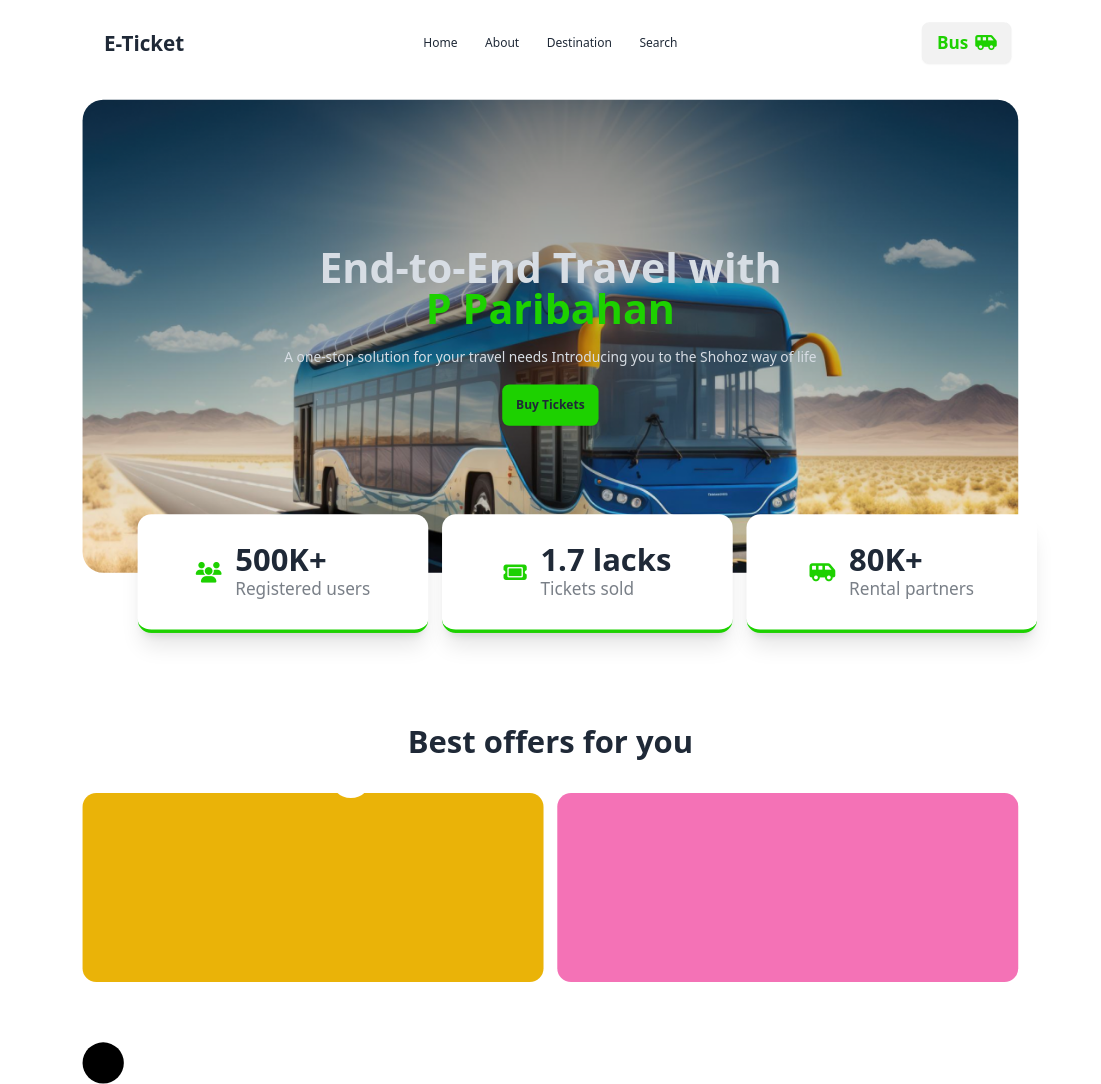
Repository: RudrasahaDibos/Smart-ticketing
Page: index.html
The author's editor kept a copy of each file at every save. The page is drawn from the files as they stood at one save, then again after the next save.
The browser window is 1280 px wide. The pictures show the whole page, at 86% of full size.
Some web fonts or font styles are not loaded; a fallback is used. Some web libraries are served in a nearby version.

Above is the page before, as saved 2024-11-10 01:16:35.

### index.html
<!DOCTYPE html>
<html lang="en">
<head>
    <meta charset="UTF-8">
    <meta name="viewport" content="width=device-width, initial-scale=1.0">
    <title>Smart-ticketing</title>
    <!-- tailwind link -->
<link href="https://cdn.jsdelivr.net/npm/daisyui@4.12.14/dist/full.min.css" rel="stylesheet" type="text/css" />
<script src="https://cdn.tailwindcss.com"></script>
<!-- font awesome link -->
<link rel="stylesheet" href="https://cdnjs.cloudflare.com/ajax/libs/font-awesome/6.6.0/css/all.min.css" integrity="sha512-Kc323vGBEqzTmouAECnVceyQqyqdsSiqLQISBL29aUW4U/M7pSPA/gEUZQqv1cwx4OnYxTxve5UMg5GT6L4JJg==" crossorigin="anonymous" referrerpolicy="no-referrer" />

<!-- google fonts  -->
<link rel="preconnect" href="https://fonts.googleapis.com">
<link rel="preconnect" href="https://fonts.gstatic.com" crossorigin>
<link href="https://fonts.googleapis.com/css2?family=Anton+SC&family=Manrope:wght@200..800&family=Raleway:ital,wght@0,100..900;1,100..900&display=swap" rel="stylesheet">

<style>
.raleway{
  font-family: "Raleway", sans-serif;
}
</style>



</head>
<body>
    <!-- header ends here -->
    <header  class="container mx-auto lg:pl-24 lg:pr-24 lg:pt-4 w-[1400px]">
               <div>
                <!-- navbar starts here -->
                <div class="navbar bg-base-100">
                    <div class="navbar-start">
                      <div class="dropdown">
                        <div tabindex="0" role="button" class="btn btn-ghost lg:hidden">
                          <svg
                            xmlns="http://www.w3.org/2000/svg"
                            class="h-5 w-5"
                            fill="none"
                            viewBox="0 0 24 24"
                            stroke="currentColor">
                            <path
                              stroke-linecap="round"
                              stroke-linejoin="round"
                              stroke-width="2"
                              d="M4 6h16M4 12h8m-8 6h16" />
                          </svg>
                        </div>
                        <ul
                          tabindex="0"
                          class="menu menu-sm dropdown-content bg-base-100 rounded-box z-[1] mt-3 w-52 p-2 shadow">
                          <li><a>Home</a></li>
                          <li><a>About</a></li>
                          <li><a>Destination</a></li>
                          <li><a>Search</a></li>
                        </ul>
                      </div>
                      <a class="btn btn-ghost text-2xl font-extrabold">E-Ticket</a>
                    </div>
                    <div class="navbar-center hidden lg:flex">
                      <ul class="menu menu-horizontal px-1">
                        <li><a>Home</a></li>
                        <li><a>About</a></li>
                        <li><a>Destination</a></li>
                        <li><a>Search</a></li>
                      </ul>
                    </div>
                    <div class="navbar-end">
                      <a class="btn text-[#1DD100]  border-1  text-xl">Bus <i class="fa-solid fa-van-shuttle"></i></a>
                    </div>
                  </div>
               </div>

              <!-- banner start here -->

              <div
              class="hero h-[550px] mt-8 bg-[url('/images/banner.png')] rounded-3xl relative">

              <div class="hero-content text-neutral-content text-center">
                <div class="">
                  <h1 class="mb-5 text-5xl font-extrabold">End-to-End Travel with <br> <span class="text-5xl text-[#1DD100]  font-extrabold">P Paribahan</span></h1>
                  <p class="mb-5">
                    A one-stop solution for your travel needs

                    Introducing you to the Shohoz way of life
                  </p>
                  <button class="btn bg-[#1DD100] border-none">Buy Tickets</button>
                </div>
              </div>
            </div>



                 <!-- banner end here -->

                <!-- 3 card start here  -->

                        <div class=" flex justify-between items-center gap-4 pl-16 pr-16 absolute -bottom-4   ">
                            <div class="stat flex bg-white justify-center items-center shadow-xl  border-b-4 border-b-[#1DD100]  rounded-2xl w-[338px] h-[138px]">
                                <div class="text-[#1DD100] text-2xl font-extrabold ">
                                    <i class="fa-solid fa-users"></i>
                                  </div>

                             <div>
                                <div class="stat-value">500K+</div>
                                <div class="stat-desc text-xl ">Registered users</div>
                             </div>


                            </div>

                            <div class="stat flex bg-white justify-center items-center  border-b-4 border-b-[#1DD100] shadow-xl  rounded-2xl w-[338px] h-[138px]">
                                <div class="text-[#1DD100] text-2xl font-extrabold ">
                                    <i class="fa-solid fa-ticket  "></i>

                                  </div>

                             <div>
                                <div class="stat-value">1.7 lacks</div>
                                <div class="stat-desc text-xl ">Tickets sold</div>
                             </div>


                            </div>

                            <div class="stat flex bg-white justify-center items-center  border-b-4 border-b-[#1DD100] shadow-xl  rounded-2xl w-[338px] h-[138px]">
                                <div class="text-[#1DD100] text-2xl font-extrabold ">
                                    <i class="fa-solid fa-van-shuttle"></i>

                                  </div>

                             <div>
                                <div class="stat-value">80K+</div>
                                <div class="stat-desc text-xl ">Rental partners</div>
                             </div>


                            </div>
                          </div>




                  <!-- 3 card ends here -->

               <!-- navbar Ends here -->
    </header>
    <!-- header ends here -->


     <!-- main start here -->
    <main class="container mx-auto lg:pl-24 lg:pr-24 lg:pt-4 w-[1400px]" >
                  <!-- Best offers for you start here -->
                     <section class="mt-40">
                               <h1 class="text-4xl font-semibold text-center">Best offers for you</h1>

                                <div class="flex gap-4 mt-10">
                                    <div class="bg-yellow-500  w-[573px] h-[220px] rounded-2xl">
                                               <p class="bg-white w-[48px] h-[48px] absolute mx-auto rounded-full  -bottom-52 ml-72 "></p>
                                               <p class="bg-black w-[48px] h-[48px] absolute mx-auto rounded-full -bottom-3/4  "></p>
                                    </div>
                                    <div class="bg-pink-400   w-[573px] h-[220px] rounded-2xl">

                                    </div>
                                </div>
                     </section>

                  <!-- Best offers for you ends here -->
    </main>
    <!-- main ends here -->



    <!-- js add -->
     <script src="index.js"></script>
</body>
</html>

Loaded but not shown: index.js (common file)

After the next save:
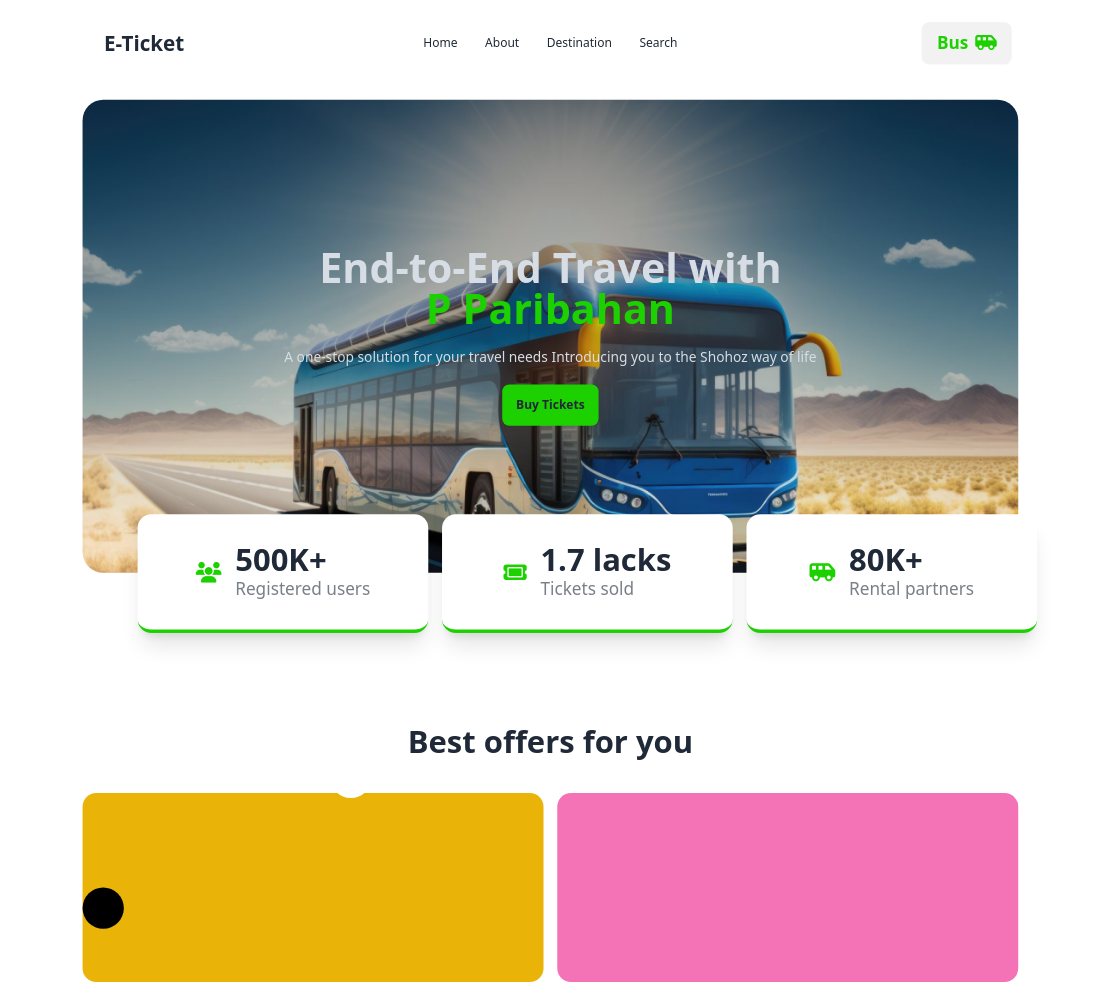
Saved 6 s later.
--- a/index.html
+++ b/index.html
@@ -157,7 +157,7 @@
                                 <div class="flex gap-4 mt-10">
                                     <div class="bg-yellow-500  w-[573px] h-[220px] rounded-2xl">
                                                <p class="bg-white w-[48px] h-[48px] absolute mx-auto rounded-full  -bottom-52 ml-72 "></p>
-                                               <p class="bg-black w-[48px] h-[48px] absolute mx-auto rounded-full -bottom-3/4  "></p>
+                                               <p class="bg-black w-[48px] h-[48px] absolute mx-auto rounded-full -bottom-2/4  "></p>
                                     </div>
                                     <div class="bg-pink-400   w-[573px] h-[220px] rounded-2xl">
 
